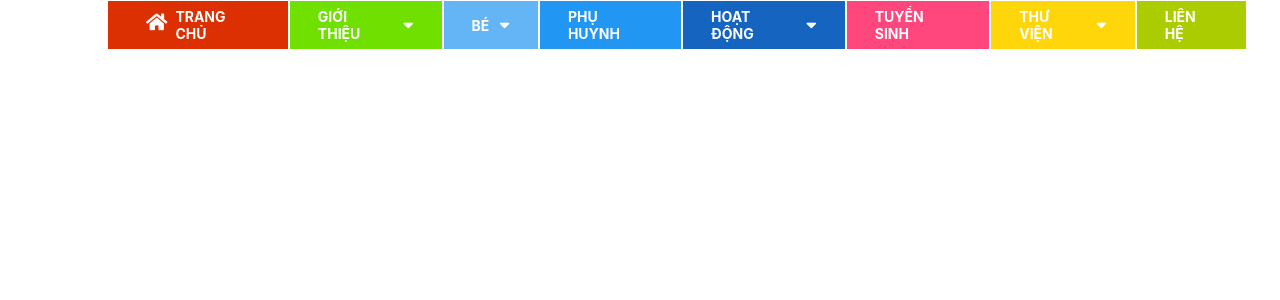
Repository: Luong-tung/mamnonAnhDuong
Page: index3.html
An editor plug-in stored every save of this project. The page is shown before and after the next save, followed by the edit.
The browser window is 1280 px wide. The pictures show the whole page.
Some web libraries are served in a nearby version.

Above is the page before, as saved 2021-10-08 07:38:38.

### index3.html
<!DOCTYPE html>
<html lang="en">
<head>
    <meta charset="UTF-8">
    <meta http-equiv="X-UA-Compatible" content="IE=edge">
    <meta name="viewport" content="width=device-width, initial-scale=1.0">
    <title>Mầm non Ánh Dương_Trạm trôi</title>
    <link rel="stylesheet" href="iu3.css">
    <link rel="stylesheet" href="https://pro.fontawesome.com/releases/v5.10.0/css/all.css" integrity="sha384-AYmEC3Yw5cVb3ZcuHtOA93w35dYTsvhLPVnYs9eStHfGJvOvKxVfELGroGkvsg+p" crossorigin="anonymous"/>
    <link rel="stylesheet" href="grid.css">
    <link rel="stylesheet" href="responsive.css">
</head>
<body>
    <div class="main">
        <div class="navbar">
            <ul>
                <li class="navbar-home"><a href="#"><i class="fas fa-home"></i>TRANG CHỦ</a></li>
                <li class="navbar-gioithieu"><a href="#">GIỚI THIỆU<i class="fas fa-sort-down"></i></a></li>
                <li class="navbar-child"><a href="#">BÉ<i class="fas fa-sort-down"></i></a></li>
                <li class="navbar-phuhuynh"><a href="#">PHỤ HUYNH</li>
                <li class="navbar-active"><a href="#">HOẠT ĐỘNG<i class="fas fa-sort-down"></i></a></li>
                <li class="navbar-tuyensinh"><a href="#">TUYỂN SINH</li>
                <li class="navbar-thuvien"><a href="#">THƯ VIỆN<i class="fas fa-sort-down"></i></a></li>
                <li class="navbar-lienhe"><a href="#">LIÊN HỆ</li>
            </ul>
        </div>

    </div>















    <script src="./main.js"></script>
</body>
</html>

### iu3.css
* {
    padding: 0;
    margin: 0;
}
.main .navbar{
    margin:0 106px;
    width: 1140px;
    height: 48px;
    display: flex;
    align-items: center;
    border: 1px solid white;
}

.main .navbar ul{
    display: flex;
    justify-content: space-between;

}
.main .navbar ul li{
    display: flex;
    align-items: center;
    list-style: none;
    height: 48px;
    background: cornflowerblue;
    padding: 0 28px;
    border: 1px solid white;
}
.main .navbar ul .navbar-home i{
    font-size: 19px;
    margin-right: 8px;
}

.main .navbar ul li a i{
    color: white;
    margin-left: 10px;
    margin-bottom: 8px;
    font-size: 17px;
}
.main .navbar ul li a{
    display: flex;
    align-items: center;
    text-decoration: none;
    color: white;
    font-family: -apple-system, BlinkMacSystemFont, 'Segoe UI', Roboto, Oxygen, Ubuntu, Cantarell, 'Open Sans', 'Helvetica Neue', sans-serif;
    font-weight: bold;
    font-size: 14px;
}
.main .navbar ul .navbar-home {
    background: #dc2f02;
}
.main .navbar ul .navbar-gioithieu {
    background: #70e000;
}
.main .navbar ul .navbar-child {
    font-weight: 900;
    background: #64b5f6;
}
.main .navbar ul .navbar-phuhuynh {
    background: #2196f3;
}
.main .navbar ul .navbar-active {
    background: #1565c0;
}
.main .navbar ul .navbar-tuyensinh {
    background: #ff477e;
}
.main .navbar ul .navbar-thuvien {
    background: #ffd60a;
}
.main .navbar ul .navbar-lienhe {
    background: #aacc00;
}

Loaded but not shown: grid.css (no copy from this time; the picture is the same without it); main.js (no copy from this time; the picture is the same without it); responsive.css (no copy from this time; the picture is the same without it)

After the next save:
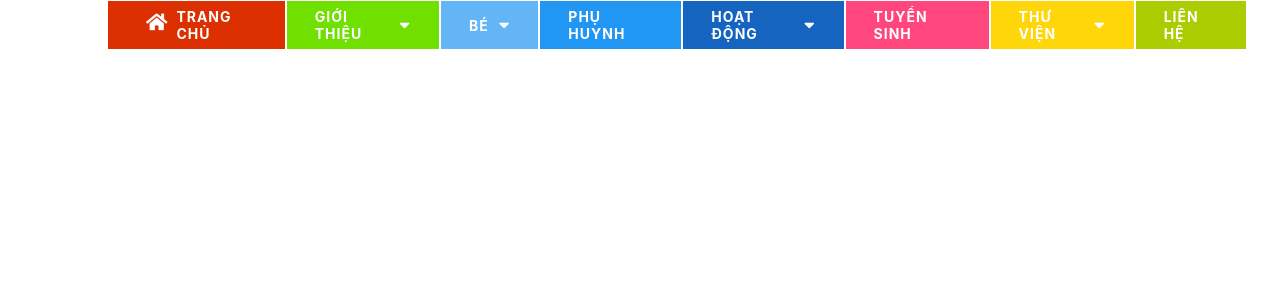
Saved 2 min 23 s later.
--- a/iu3.css
+++ b/iu3.css
@@ -44,6 +44,7 @@
     font-family: -apple-system, BlinkMacSystemFont, 'Segoe UI', Roboto, Oxygen, Ubuntu, Cantarell, 'Open Sans', 'Helvetica Neue', sans-serif;
     font-weight: bold;
     font-size: 14px;
+    letter-spacing: 1px;
 }
 .main .navbar ul .navbar-home {
     background: #dc2f02;
@@ -52,7 +53,6 @@
     background: #70e000;
 }
 .main .navbar ul .navbar-child {
-    font-weight: 900;
     background: #64b5f6;
 }
 .main .navbar ul .navbar-phuhuynh {
